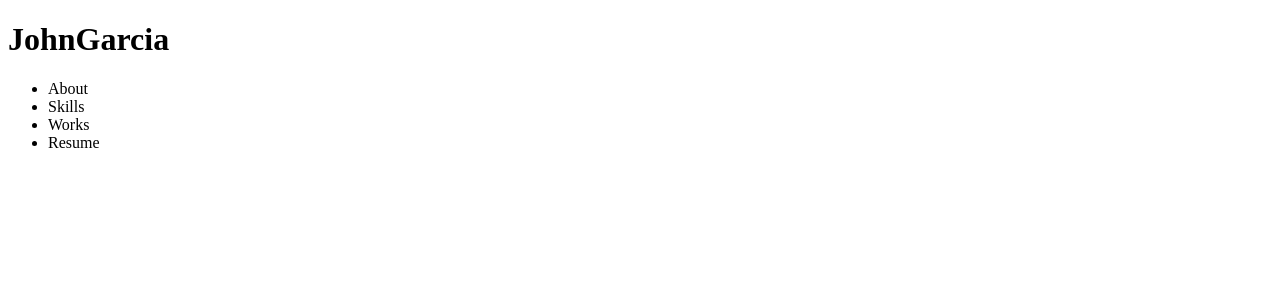
Repository: johnraygarcia/johnraygarcia.github.io
Page: index.html
An editor plug-in stored every save of this project. The page is shown before and after the next save, followed by the edit.
The browser window is 1280 px wide. The pictures show the whole page.

Above is the page before, as saved 2019-04-06 08:43:45.

### index.html
<!DOCTYPE html>
<html>
<head lang="en">
    <meta charset="UTF-8">
    <title></title>
</head>
<body>
    <div class="col">
        <h1>John<span>Garcia</span></h1>
        <ul>
            <li>About</li>
            <li>Skills</li>
            <li>Works</li>
            <li>Resume</li>
        </ul>
    </div>
    <div class="col">

    </div>
</body>
</html>

After the next save:
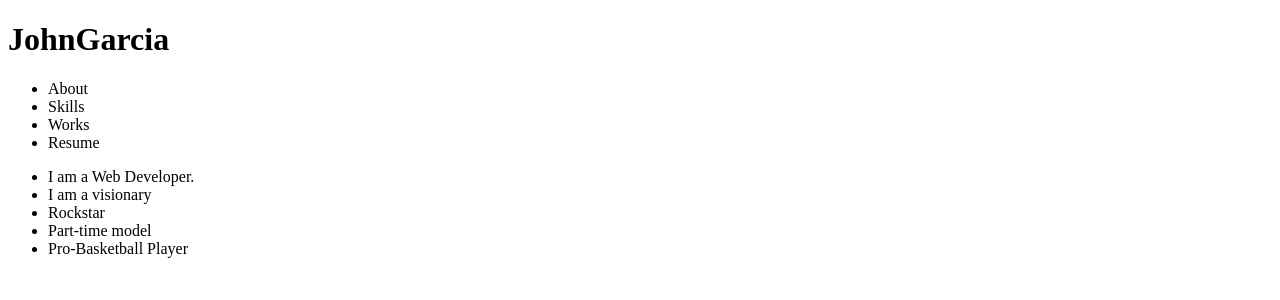
Saved 11 min 22 s later.
--- a/index.html
+++ b/index.html
@@ -15,6 +15,13 @@
         </ul>
     </div>
     <div class="col">
+        <ul>
+            <li>I am a Web Developer.</li>
+            <li>I am a visionary</li>
+            <li>Rockstar</li>
+            <li>Part-time model</li>
+            <li>Pro-Basketball Player</li>
+        </ul>
 
     </div>
 </body>
